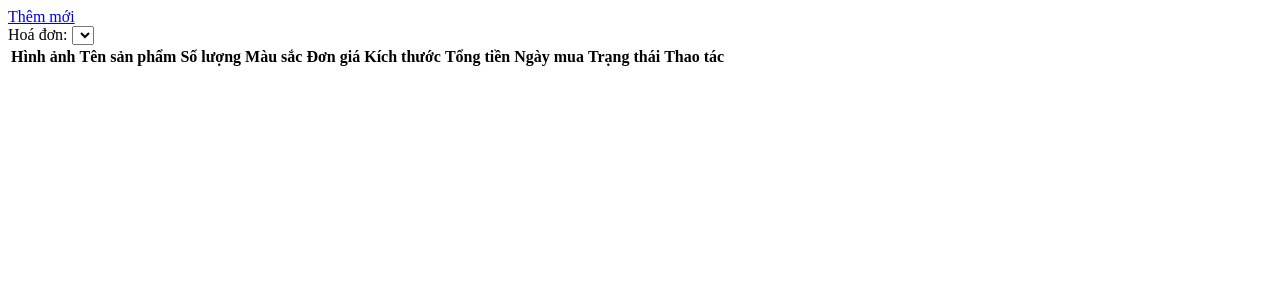
Repository: nvhct2002vn/Java4_asm.github.io
Page: http://localhost/HiennvPH13697_SOF3011_Assignment/views/admin/carts/index.jsp
These files come from the project's save history. The page is drawn as it stood at one moment and after the next save; the edit follows.
The browser window is 1280 px wide. The pictures show the whole page.
The page is served by Tomcat 9. The template is opened directly, without the code that normally fills it, so the values that code supplies are empty.

Above is the page before, as saved 2022-04-09 19:14:30.

After the next save:
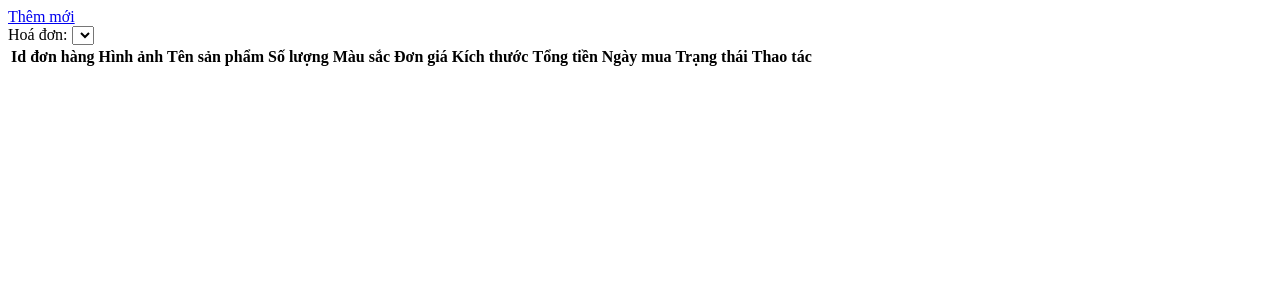
Saved 87 s later.
--- a/HiennvPH13697_SOF3011_Assignment/src/main/webapp/views/admin/carts/index.jsp
+++ b/HiennvPH13697_SOF3011_Assignment/src/main/webapp/views/admin/carts/index.jsp
@@ -43,6 +43,7 @@
 
 	<table class="table">
 		<tr>
+			<th>Id đơn hàng</th>
 			<th>Hình ảnh</th>
 			<th>Tên sản phẩm</th>
 			<th>Số lượng</th>
